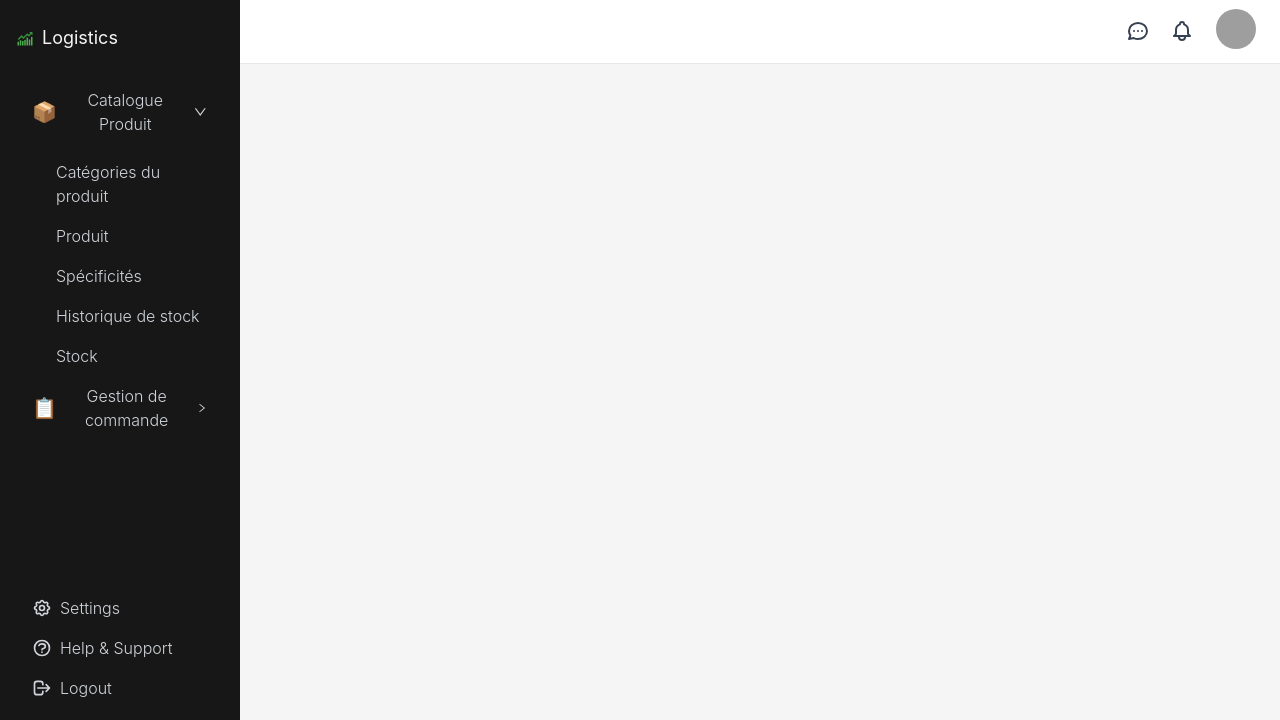
Repository: Mayar2222/Dashboard
Page: /, after clicking the first element matching `button.flex`
The author's editor kept a copy of each file at every save. The page is drawn from the files as they stood at one save, then again after a run of saves.
The browser window is 1280 px wide. The pictures show the whole page.
Pictures or frames that could not be fetched are drawn as grey boxes. The project was rebuilt for these pictures with package versions that can differ from the ones it lists, and the page was loaded fresh each time. Also part of the build but not shown: src/components/CatalogueProduits.jsx, src/components/Categories.jsx.

Above is the page before, as saved 2024-07-28 17:39:28.

After the next 2 saves:
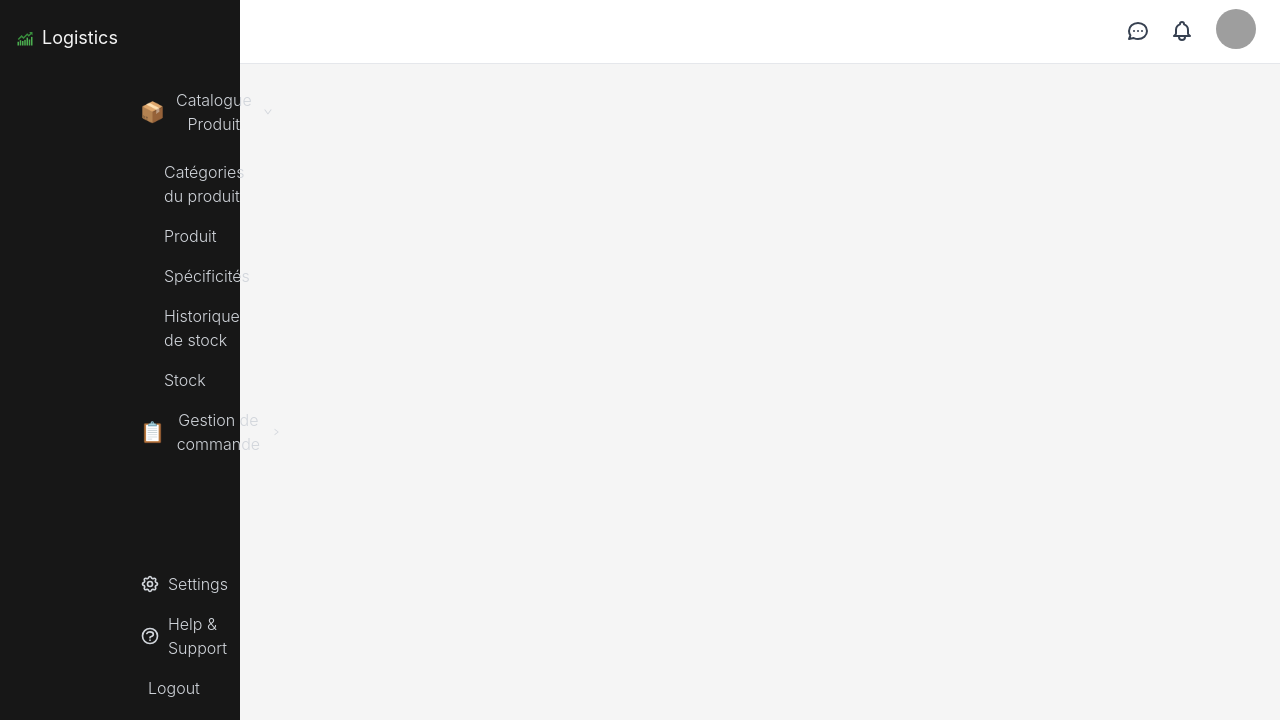
The 2 saves are shown as one change because they came seconds apart.
The last was saved 9 s later.
--- a/src/components/shared/Sidebar.jsx
+++ b/src/components/shared/Sidebar.jsx
@@ -6,7 +6,7 @@ import { Link, useLocation } from 'react-router-dom';
 import { DASHBOARD_SIDEBAR_BOTTOM_LINKS, DASHBOARD_SIDEBAR_LINKS } from '../../lib/consts/navigation';
 
 const linkClasses =
-  'flex items-center gap-2 font-light px-5 py-2 hover:bg-neutral-700 hover:no-underline active:bg-neutral-600 rounded-sm text-base text-gray-300';
+  'flex items-center gap-2 font-light px-32 py-2 hover:bg-neutral-700 hover:no-underline active:bg-neutral-600 rounded-sm text-base text-gray-300';
 
 const titleClasses = 'flex items-center gap-2 px-1 py-3 text-neutral-100 text-lg';
 
